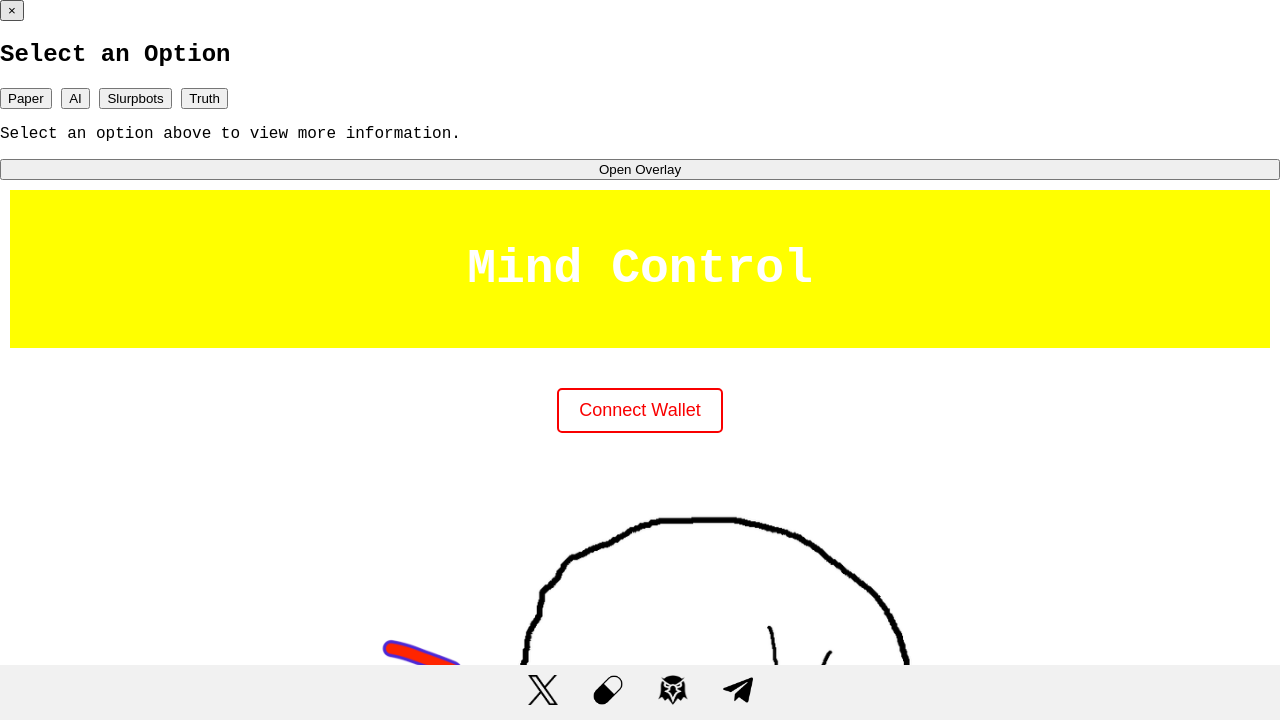
Repository: gumshed/dew
Page: index.html
These files come from the project's save history. The page is drawn as it stood at one moment and after the next save; the edit follows.
The browser window is 1280 px wide. The pictures show the whole page.
An inner scrolling area shows only its first screen. Some web fonts or font styles are not loaded; a fallback is used.

Above is the page before, as saved 2025-01-03 10:34:50.

After the next save:
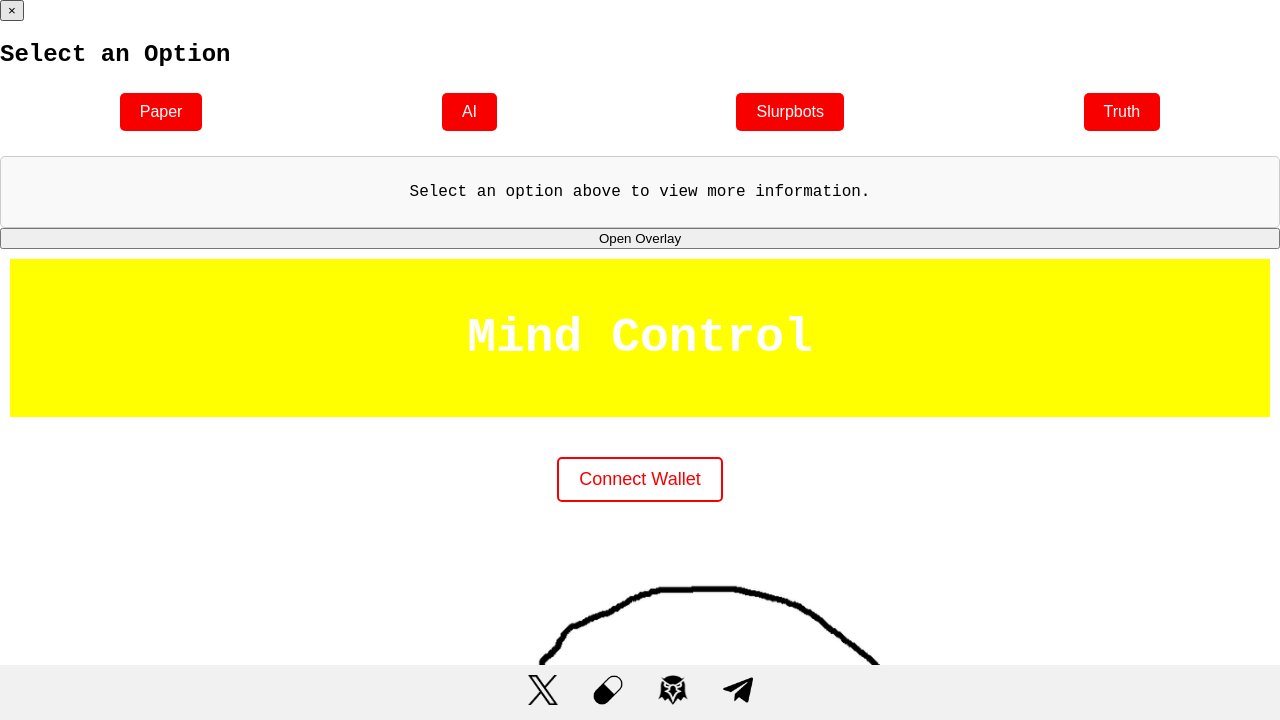
Saved 60 s later.
--- a/css/styles.css
+++ b/css/styles.css
@@ -42,6 +42,42 @@
   75% { background-color: teal; }
   87.5% { background-color: pink; }
 }
+
+/* Options container styling */
+.options-container {
+  display: flex;
+  justify-content: space-around;
+  margin: 20px 0;
+}
+
+/* Option buttons */
+.option-button {
+  padding: 10px 20px;
+  margin: 5px;
+  background-color: #f90000;
+  color: white;
+  border: none;
+  border-radius: 5px;
+  cursor: pointer;
+  font-size: 16px;
+  transition: background-color 0.3s;
+}
+
+.option-button:hover {
+  background-color: #c70000;
+}
+
+/* Content display area */
+.content-display {
+  margin-top: 20px;
+  padding: 10px;
+  background-color: #f9f9f9;
+  border-radius: 5px;
+  border: 1px solid #ccc;
+  font-size: 16px;
+  text-align: center;
+}
+
 
 .link-container {
   text-align: center;
